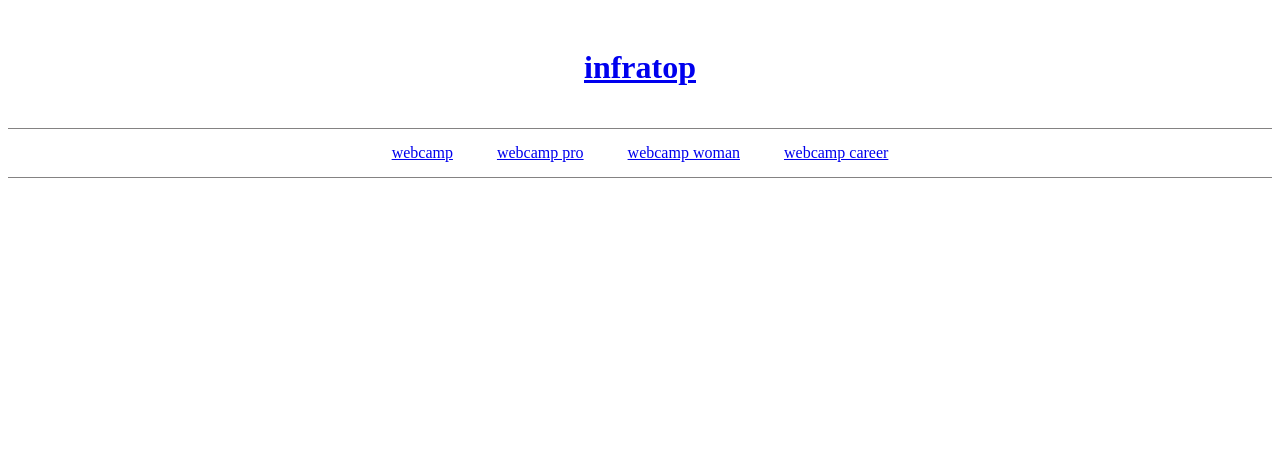
Repository: ego-boosting/html-practice1
Page: chapter5/index.html
The author's editor kept a record of every edit. The page is drawn from the files as they stood at one moment, then again after the next edit.
The browser window is 1280 px wide. The pictures show the whole page.

Above is the page before.

### chapter5/index.html
<!DOCTYPE html>
<html lang="ja">

  <head>
    <meta charset="UTF-8" />
    <link rel="stylesheet" href="style.css" />
    <title></title>
  </head>

  <body>
    <header>
      <h1 class="heading">
        <a href="index.html">
          infratop
        </a>

      </h1>
    </header>

    <nav>

      <ul class="nav-list">
        <li class="nav-list-item">
          <a href="index.html">webcamp</a>
        </li>
        <li class="nav-list-item">
          <a href="index.html">webcamp pro</a>
        </li>
        <li class="nav-list-item">
          <a href="index.html">webcamp woman</a>
        </li>
        <li class="nav-list-item">
          <a href="index.html">webcamp career</a>
        </li>

      </ul>

    </nav>


    <div class="main"></div>
    <div class="blog"></div>
    <div class="sidebar"></div>

    </div>

    <footer>
      <p class="footer-text"></p>
    </footer>
   </body>
 </html>

### chapter5/style.css
＊{
  margin:0;
  padding:0;
  box-sizing:obder-box;
}

header{
 width:100%;
 padding:20px 0;
 text-align:center;
}

.nav-list{
  text-align:center;
  padding:15px 0;
  margin:auto 0;
  border-bottom:1px solid#848282;
  border-top:1px solid#848282;
}
.nav-list-item{
  list-style:none;
  display: inline-block;
  margin: 0 20px;
}

.main{
 width:800px;
 margin:50px auto;
 display:flex;
 flex-wrap:wrap;
}

.box1{
  width:200px;
  height:200px;
  background-color:#e6ffe9;
}

.box2{
  width:200px;
  height:200px;
  background-color:#cbffd3;
}

.box3{
  width:200px;
  height:200px;
  background-color:#aeffed;
}

.box4{
  width:200px;
  height:200px;
  background-color:#93ffab;
}

.box5{
  width:200px;
  height:200px;
  background-color:#f3ffd8;
}

.box1{
  width:200px;
  height:200px;
  background-color:#edffbe;
}

.box1{
  width:200px;
  height:200px;
  background-color:#;
}

.box1{
  width:200px;
  height:200px;
  background-color:#e6ffe9;
}

.box1{
  width:200px;
  height:200px;
  background-color:#e6ffe9;
}

.box1{
  width:200px;
  height:200px;
  background-color:#e6ffe9;
}

.box1{
  width:200px;
  height:200px;
  background-color:#e6ffe9;
}

.box1{
  width:200px;
  height:200px;
  background-color:#e6ffe9;
}

After the next edit:
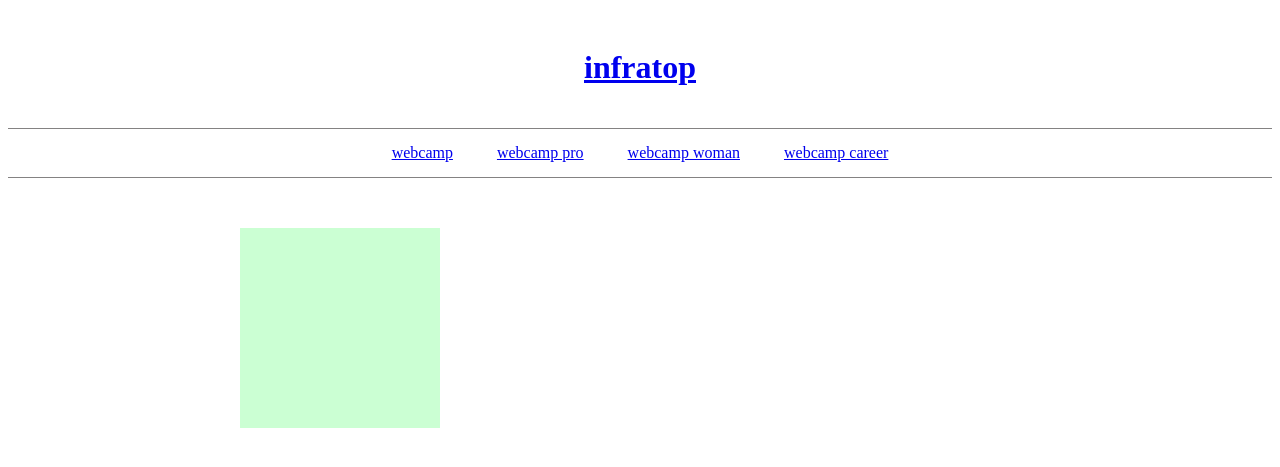
The edit:
--- a/chapter5/index.html
+++ b/chapter5/index.html
@@ -37,8 +37,11 @@
 
     </nav>
 
+    <div class="main">
+      <div class="box1">
+      <div class="box2">
 
-    <div class="main"></div>
+    </div>
     <div class="blog"></div>
     <div class="sidebar"></div>
 
